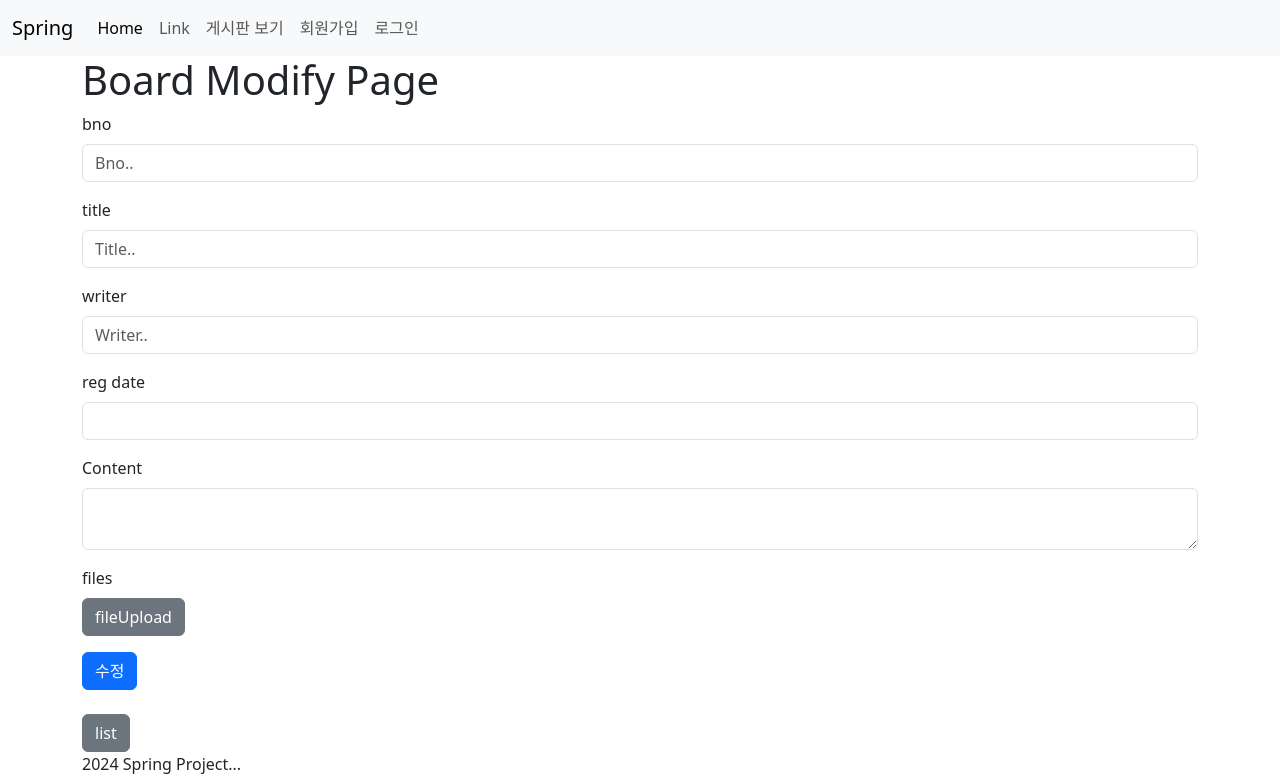
Repository: gajami-kim/240430_Spring_Study
Page: http://localhost/spring_study/WEB-INF/views/board/modify.jsp
An editor plug-in stored every save of this project. The page is shown before and after the next save, followed by the edit.
The browser window is 1280 px wide. The pictures show the whole page.
The page is served by Tomcat 9. Nobody is signed in. The template is opened directly, without the code that normally fills it, so the values that code supplies are empty.

Above is the page before, as saved 2024-04-29 08:36:04.

After the next save:
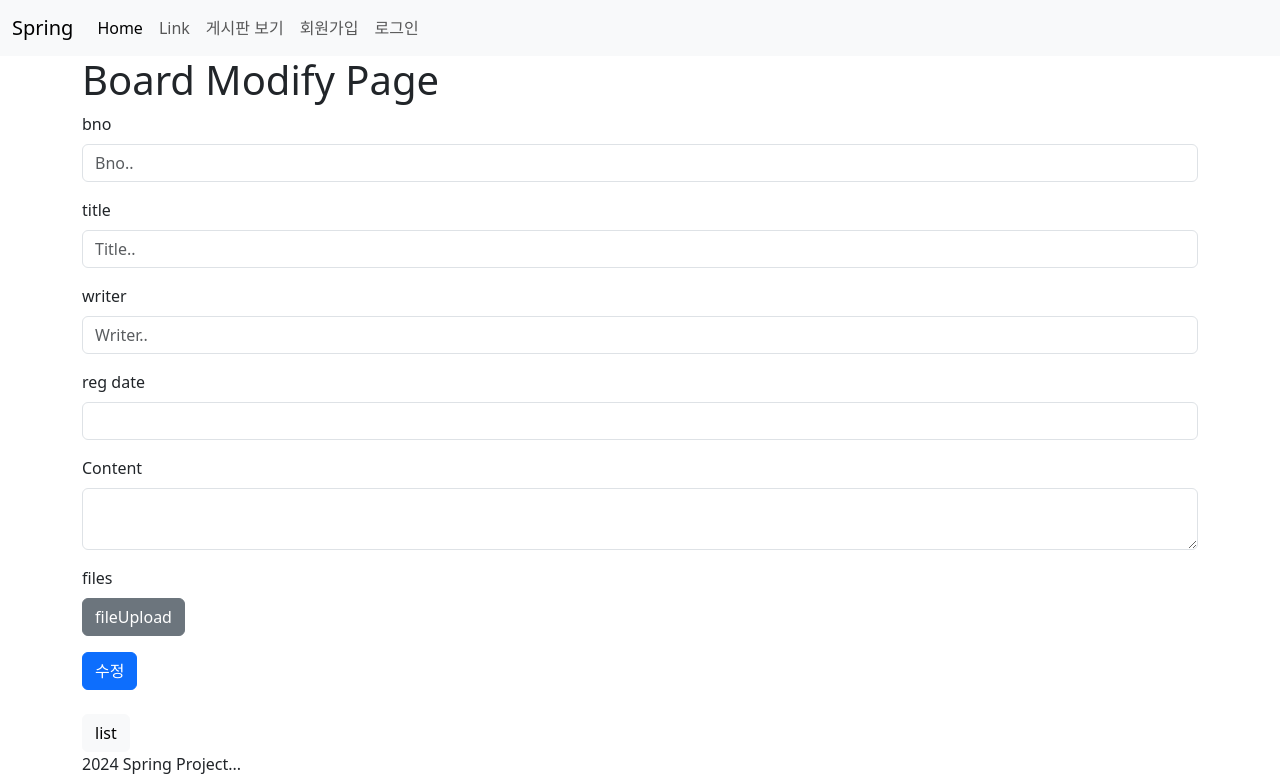
Saved 40 s later.
--- a/spring_study/src/main/webapp/WEB-INF/views/board/modify.jsp
+++ b/spring_study/src/main/webapp/WEB-INF/views/board/modify.jsp
@@ -63,7 +63,7 @@
 		<button type="submit" class="btn btn-primary">수정</button>
 	</form>
 	<br>
-	<a href="/board/list"><button type="button" class="btn btn-secondary">list</button></a>
+	<a href="/board/list"><button type="button" class="btn btn-light">list</button></a>
 </div>
 
 <jsp:include page="../layout/footer.jsp" />
